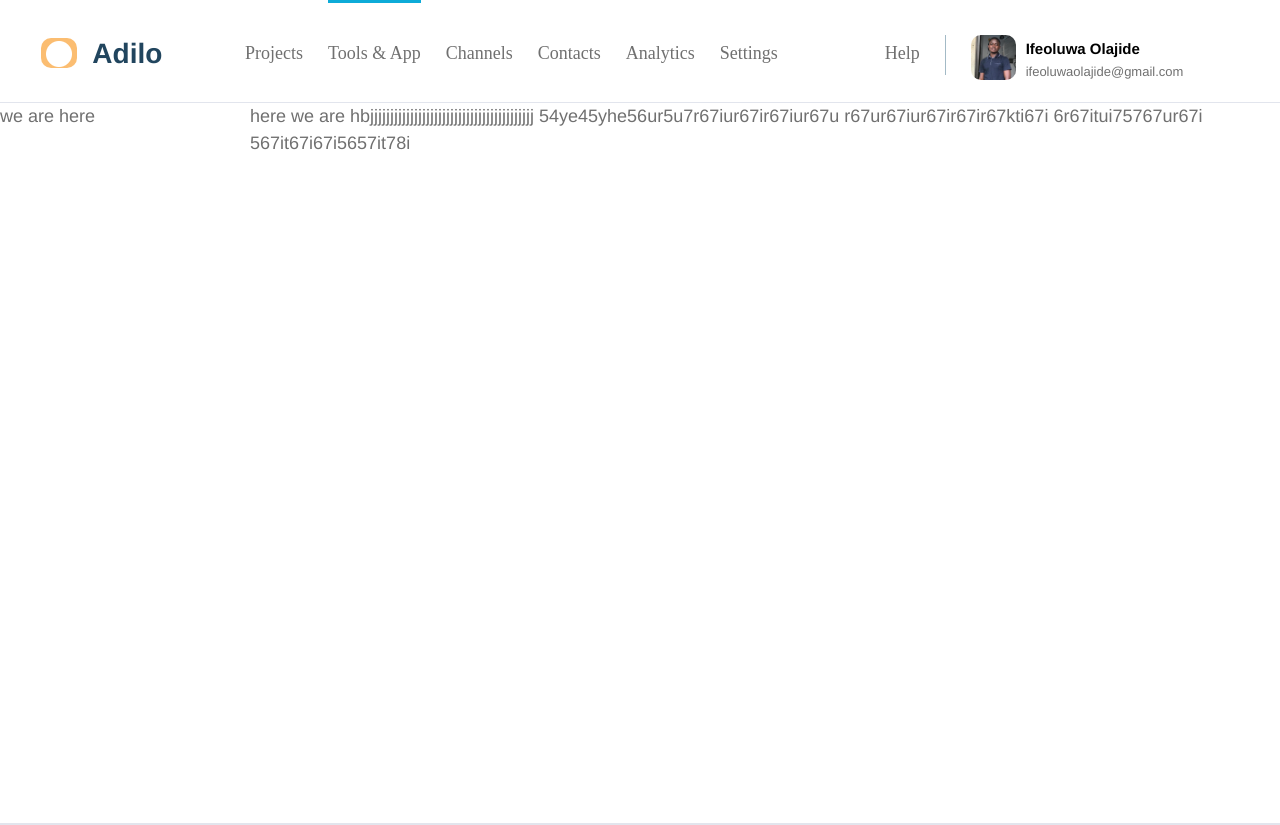
Repository: olhighjay/video_recorder
Page: /
An editor plug-in stored every save of this project. The page is shown before and after the next save, followed by the edit.
The browser window is 1280 px wide. The pictures show the whole page.
Some web libraries are served in a nearby version. The project was rebuilt for these pictures with package versions that can differ from the ones it lists, and the page was loaded fresh each time. Also part of the build but not shown: vue.config.js.

Above is the page before, as saved 2022-07-28 18:15:14.

After the next save:
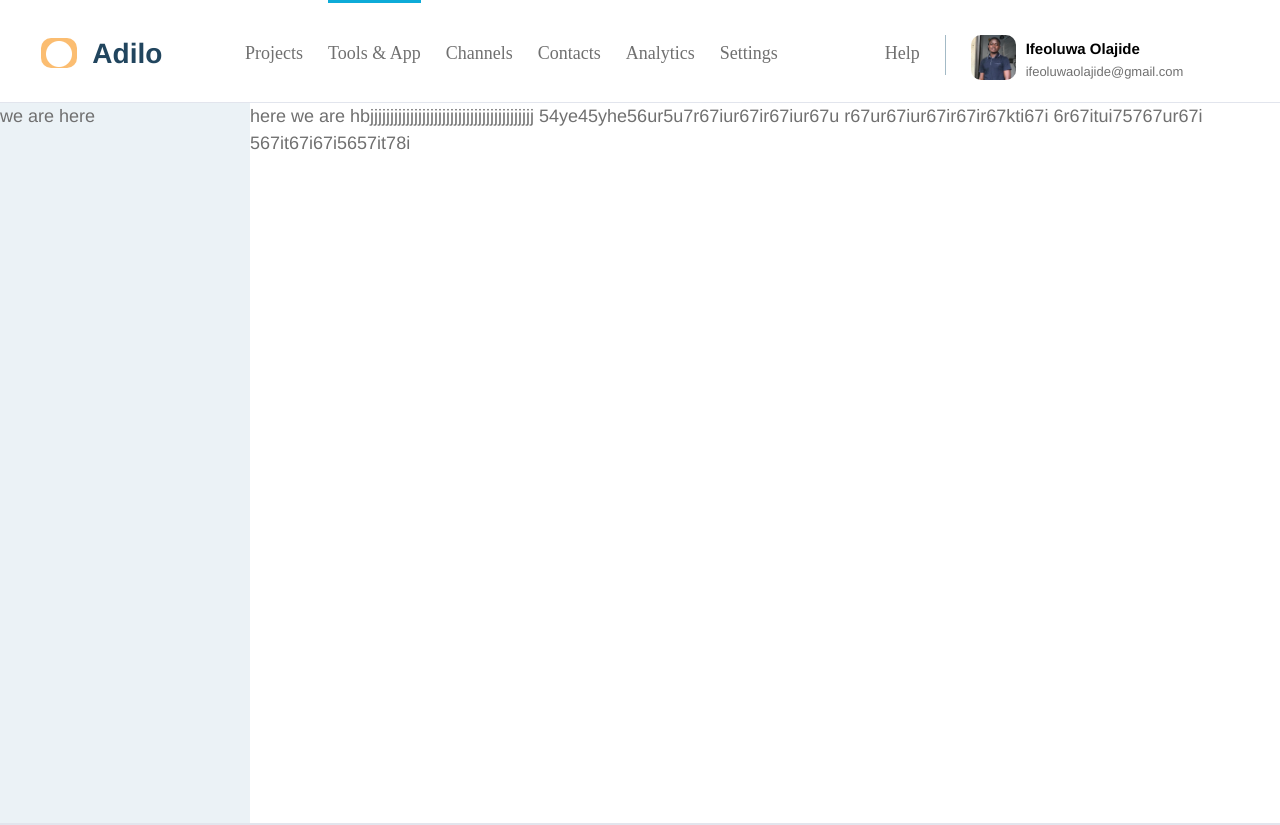
Saved 85 s later.
--- a/src/App.vue
+++ b/src/App.vue
@@ -36,6 +36,7 @@
 .my-sidebar {
   flex: 0 0 250px;
   height: 100vh;
+  background-color: #EBF2F6;
   /* width:250px; */
 }
 
